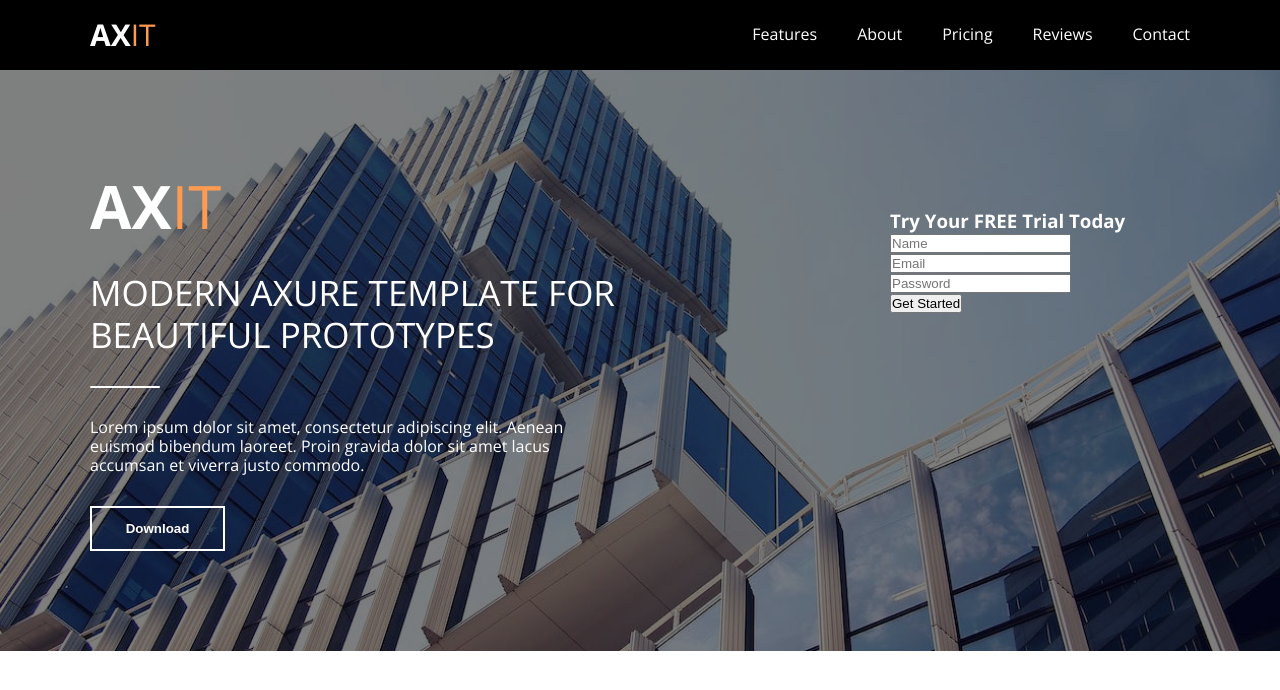
Repository: dinhtri123/axureThems
Page: index.html
An editor plug-in stored every save of this project. The page is shown before and after a run of saves, followed by the edit.
The browser window is 1280 px wide. The pictures show the whole page.

Above is the page before, as saved 2023-02-11 15:16:48.

After the next 2 saves:
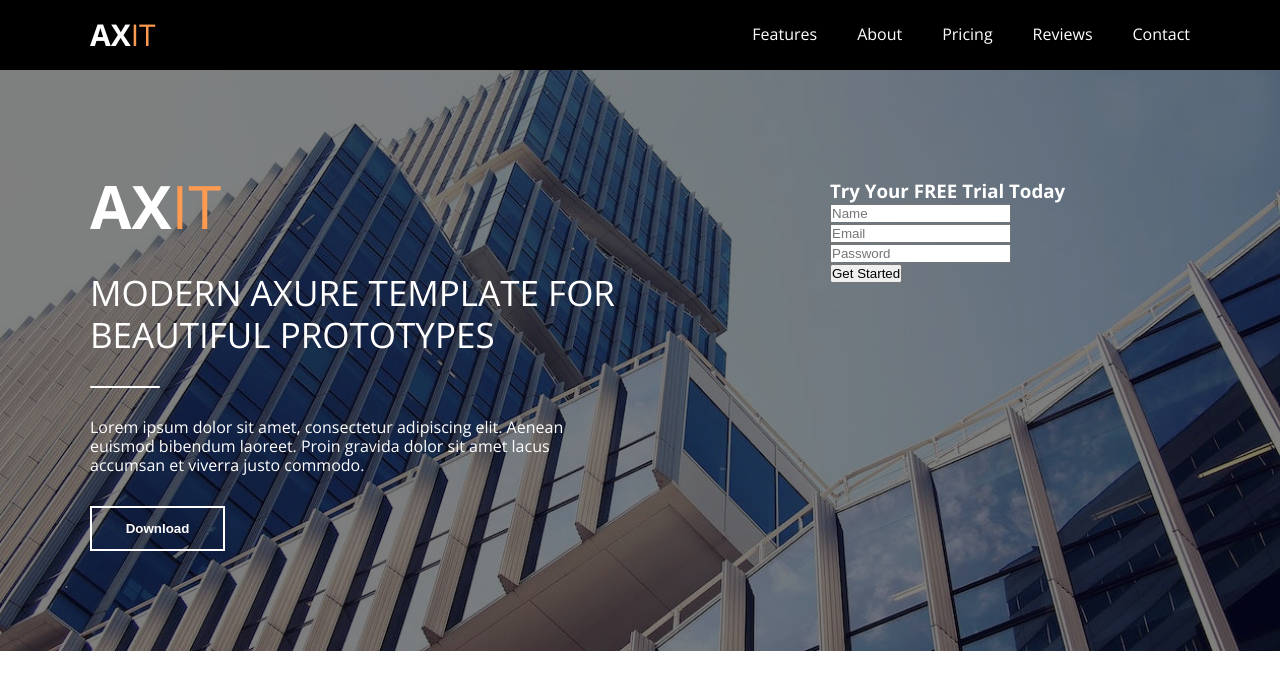
The 2 saves are shown as one change because they came seconds apart.
The last was saved 28 s later.
--- a/style.css
+++ b/style.css
@@ -129,6 +129,6 @@ nav ul li a {
 }
 
 .formBanner{
-    width:300px;
-    height:300px;
+    width:360px;
+    height:360px;
 }
